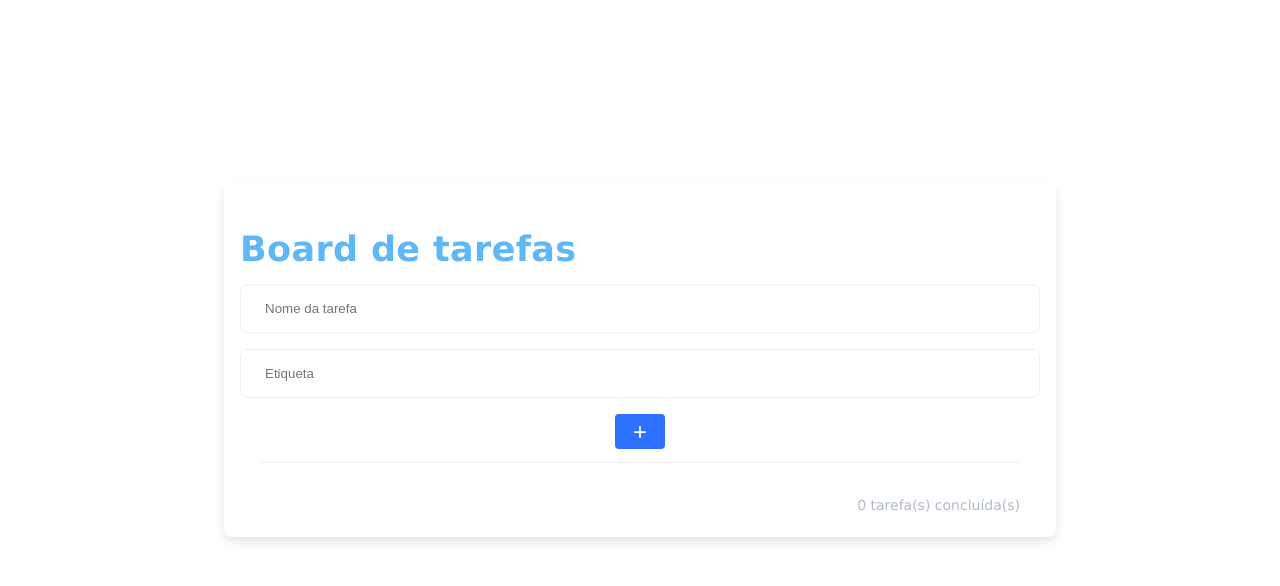
Repository: elasoares/RID187500_Desafio3
Page: index.html
These files come from the project's save history. The page is drawn as it stood at one moment and after the next save; the edit follows.
The browser window is 1280 px wide. The pictures show the whole page.

Above is the page before, as saved 2024-12-03 19:39:33.

### index.html
<!DOCTYPE html>
<html lang="pt">
<head>
    <meta charset="UTF-8">
    <meta name="viewport" content="width=device-width, initial-scale=1.0">
    <title>To-Do</title>
    <link rel="stylesheet" href="style.css">
<body>
    <main>
        <header>
            <h1>Board de tarefas</h1>
        </header>
        <section id="create-todo-section">
            <form id="create-todo-form">
                <input
                type="text"
                id="descricao"
                name="descricao"
                placeholder="Nome da tarefa"
                aria-label="Nome da tarefa"
                class="input-nome-tarefa"
            />
            <input
                type="text"
                id="etiqueta"
                name="etiqueta"
                placeholder="Etiqueta"
                aria-label="Etiqueta"
                class="input-etiqueta"
            />
            <div class="container-btn">
                <button type="submit" aria-label="Cadastrar tarefa" class="add-tarefa-btn">+</button>
            </div>
            </form>
        </section>
        <section class="todo-list-section">
            <ul id="todo-list">
            </ul>
        </section>
        <footer id="todo-footer">

        </footer>
    </main>
    <script src="js.js"></script>
</body>
</html>

### style.css
html {
    width: 100%;
    height: auto;

    box-sizing: border-box;
    font-size: 10px;
    font-family: 'Lucida Sans Regular', 'Lucida Grande', 'Lucida Sans Unicode';
}

body {
    width: 100%;
    height: 100vh;
    margin: 0;
    padding: 0;
    display: flex;
    justify-content: center;
    align-items: center;
}

header{
    width: 100%;
}

    h1 {
    font-family: 'Lucida Sans Regular', 'Lucida Grande', 'Lucida Sans Unicode';
    font-size: 32px;
    font-weight: 600;
    line-height: 37.92px;
    letter-spacing: 0.01em;
    text-align: left;
    text-underline-position: from-font;
    text-decoration-skip-ink: none;
    color: #000;
}

main {
    width: 100%;
    height: auto;
    max-width: 42rem;
    background-color: #fff;
    border-radius: 0.8rem;
    padding: 3rem 2.4rem;
    box-shadow: 0 0.5rem 1rem rgba(0, 0, 0, 0.1);
    display: flex;
    justify-content: flex-start;
    align-items: center;
    flex-direction: column;

}


.todo-list-section {
    display: flex;
    flex-direction: column;
    align-items: center;
    justify-content: center;
    width: 100%;
    height: auto;
    gap: 8px;
}

.todo-list-section ul {
    padding-inline-start: 0;
    height: 20rem;
    overflow: auto;
    width: 100%;
    display: flex;
    flex-direction: column;
    align-items: center;
    justify-content: center;
    height: auto;
    gap: 8px;
}

.todo-list-section ul li {
    width: 80%;
    height: 120px;
    padding: 24px 32px 24px 32px;
    margin-top: 5px;
    border-radius: 16px;
    border: 1px solid #EEEEEE;
    list-style: none;
    display: flex;
    flex-direction: column;
    align-items: flex-start;
    justify-content: center;
    gap: 16px;
}

.todo-list-section ul li:last-child {
    margin-bottom: 0;
}



.complete-task-btn {
    background: #2D70FD;
    width: 121px;
    height:44px;
    padding: 12px 24px 12px 24px;
    gap: 8px;
    border-radius: 4px;
    border: 1px solid #2D70FD;
    color: #fff;
    font-family: 'Lucida Sans Regular', 'Lucida Grande', 'Lucida Sans Unicode';
    font-size: 18px;
    font-weight: 500;
    text-align: center;
    align-self: center;
}




#create-todo-section {
    width: 100%;
    height: 150px;
    display: flex;
    flex-direction: column;
    align-items: flex-start;
    justify-content: center;
}

#create-todo-form {
    font-size: 1.6rem;
    display: flex;
    flex-direction: column;
    width: 100%;
    gap: 16px;
}
input{
    width: Fill (311px)px;
    height: Fixed (50px)px;
    padding: 16px 24px 16px 24px;
    gap: 10px;
    border-radius: 8px;
    border: 1px solid #EEEEEE

}

input:focus {
    border: 1px solid #5eb7f6;
}



.container-btn{
    display: flex;
    align-items: center;
    justify-content: center;
    width: 100%;
}

.add-tarefa-btn {
    width: 100%;
    height: 4rem;
    color: #fff;
    background-color: #2D70FD;
    border-radius: 4px;
    font-size: 2.4rem;
    cursor: pointer;
    border: none;
}

.add-tarefa-btn:hover {
    opacity: 0.8;
}


.task-details{
    display: flex;
    align-items: flex-start;
    justify-content: center;
    flex-direction: column;
    gap: 5px;
}

.task-text{
    font-family: 'Lucida Sans Regular', 'Lucida Grande', 'Lucida Sans Unicode';
    font-size: 1.5rem;
    font-weight: 500;
    line-height: 17.6px;
    letter-spacing: 0.01em;
    text-underline-position: from-font;
    text-decoration-skip-ink: none;

}

.todo-item.completed .task-text {
    text-decoration: line-through;
    color: #bbbbbb;
    font-family: 'Lucida Sans Regular', 'Lucida Grande', 'Lucida Sans Unicode';
    font-size: 1.5rem;
    font-weight: 500;
    line-height: 17.6px;
    letter-spacing: 0.01em;
    text-decoration-line: line-through;
    text-underline-position: from-font;
    text-decoration-skip-ink: none;

}

.todo-item.completed .task-completed-icon {
    font-size: 1.6rem;
    color: #fff;
    align-self: center;
    width: 32px;
    height: 32px;
    border-radius: 32px;
    background: #00D8A7;
    display: flex;
    align-items: center;
    justify-content: center;
}

.task-label {
    width: 67px;
    height: 21px;
    border-radius: 16px;
    border: 1px 0px 0px 0px;
    background: #FFFFFF;
    font-size: 1.2rem;
    border: 1px solid #b2bec3;
    display: flex;
    align-items: center;
    justify-content: center;
    color: #b2bec3;
}

.task-date {
    font-size: 1.2rem;
    color: #b2bec3;
    margin-top: 0.4rem;
}


#todo-footer {
    width: 95%;
    display: flex;
    justify-content: flex-end;
    font-size: 1.6rem;
    align-items: flex-end;
    height: 50px;
    font-size: 1.4rem;
    color: #B1BACB;
    border-top:1px solid #EEEEEE;
    margin-top: 10ox;
}

@media (min-width: 768px) {
    main {
        max-width: 50rem;
        padding: 2.4rem 1.6rem;
    }

    h1 {
        color: #da5c3e;
    }

    .todo-list-section ul li {
        font-size: 1.5rem;
    }

    .add-tarefa-btn {
        width: 5rem;
        height: 3.5rem;
    }

    #nome-tarefa {
        font-size: 1.5rem;
    }
    .remove-done-task-btn {
        font-size: 1.5rem;
        padding: 0 1rem;
    }
}

@media (min-width: 980px) {
    main {
        max-width: 80rem;
        padding: 2.4rem 1.6rem;
    }
    h1 {
        font-size: 3.5rem;
        color: #5eb7f6;
    }

    .remove-done-task-btn {
        font-size: 1.8rem;
        padding: 0 1rem;
    }
}

### js.js
const createTaskListItem = (tarefa) => {
    const lista = document.getElementById("todo-list");

    const toDo = document.createElement('li');
    toDo.className = `todo-item ${tarefa.checado ? 'completed' : ''}`;
    toDo.id = tarefa.id;

    // Criar o conteúdo da tarefa
    const taskDetails = document.createElement('span');
    taskDetails.className = 'task-details';
    taskDetails.innerHTML = `
        <span class="task-text ${tarefa.checado ? 'completed-text' : ''}">${tarefa.descricao}</span>
        <span class="task-label">${tarefa.etiqueta}</span>
        <span class="task-date">Criado em: ${tarefa.data}</span>

    `;


    if (!tarefa.checado) {
        const completeButton = document.createElement('button');
        completeButton.textContent = 'Concluir';
        completeButton.className = 'complete-task-btn';
        completeButton.onclick = () => markTaskAsCompleted(tarefa.id);

        toDo.appendChild(taskDetails);
        toDo.appendChild(completeButton);
    } else {
        const completedIcon = document.createElement('span');
        completedIcon.textContent = '✔';
        completedIcon.className = 'task-completed-icon';

        toDo.appendChild(taskDetails);
        toDo.appendChild(completedIcon);
    }

    lista.appendChild(toDo);
};

const markTaskAsCompleted = (taskId) => {
    const tarefas = getTasksFromLocalStorage();
    const updatedTasks = tarefas.map((task) => {
        if (task.id === taskId) {
            task.checado = true;
        }
        return task;
    });

    setTaskInLocalStorage(updatedTasks);


    const taskElement = document.getElementById(taskId);
    if (taskElement) {
        taskElement.remove();
    }
    const tarefa = updatedTasks.find((task) => task.id === taskId);
    createTaskListItem(tarefa);

    renderTaskProgressData(updatedTasks);
};

const getTasksFromLocalStorage = () => {
    const localTasks = JSON.parse(window.localStorage.getItem('tasks'));
    return localTasks ? localTasks : [];
};

const setTaskInLocalStorage = (tarefas) => {
    window.localStorage.setItem('tasks', JSON.stringify(tarefas));
};

const renderTaskProgressData = (tasks) => {
    const tasksProgress = document.getElementById('tasks-progress') || document.createElement('span');
    tasksProgress.id = 'tasks-progress';

    const doneTasks = tasks.filter(({ checado }) => checado).length;
    const totalTasks = tasks.length;

    tasksProgress.textContent = `${doneTasks} tarefa(s) concluída(s)`;
    document.getElementById('todo-footer').appendChild(tasksProgress);
};

const createTask = (event) => {
    event.preventDefault();

    const descricao = event.target.elements.descricao.value;
    const etiqueta = event.target.elements.etiqueta.value;
    const id = new Date().getTime();
    const data = new Date().toLocaleDateString();
    const checado = false;

    const newTask = { id, descricao, etiqueta, data, checado };

    const tarefas = getTasksFromLocalStorage();
    const updatedTasks = [...tarefas, newTask];
    setTaskInLocalStorage(updatedTasks);

    createTaskListItem(newTask);
    event.target.reset(); // Limpar o formulário
    renderTaskProgressData(updatedTasks);
};

window.onload = () => {
    const form = document.getElementById('create-todo-form');
    form.addEventListener('submit', createTask);

    const tarefas = getTasksFromLocalStorage();
    tarefas.forEach((tarefa) => createTaskListItem(tarefa));
    renderTaskProgressData(tarefas);
};

After the next save:
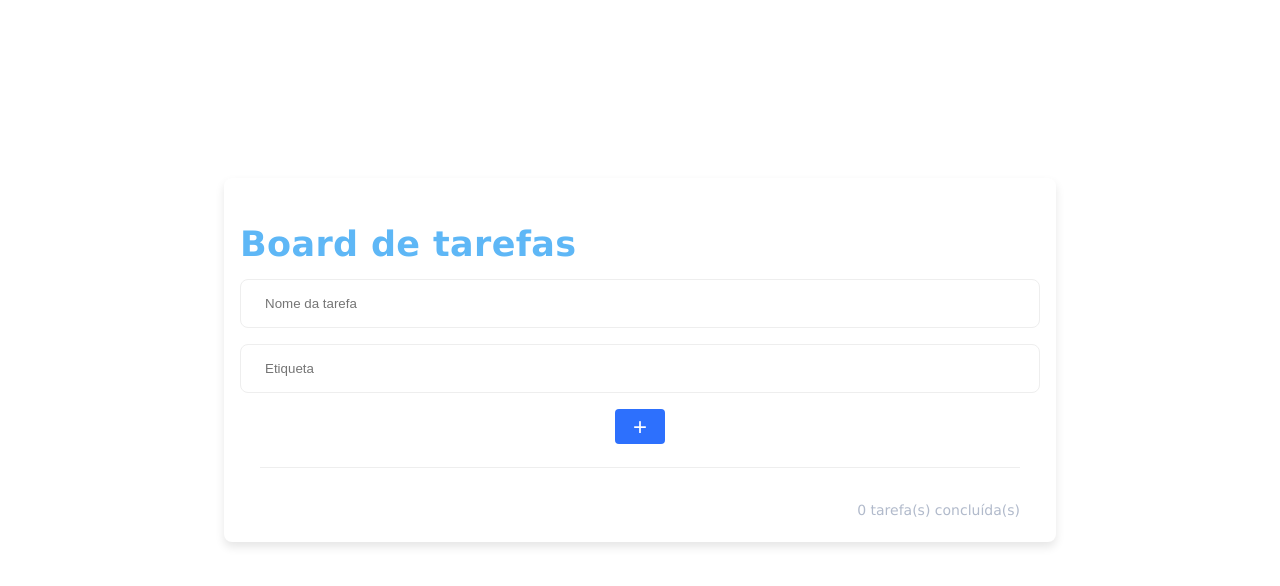
Saved 4 s later.
--- a/style.css
+++ b/style.css
@@ -244,7 +244,7 @@ input:focus {
     font-size: 1.4rem;
     color: #B1BACB;
     border-top:1px solid #EEEEEE;
-    margin-top: 10ox;
+    margin-top: 10px;
 }
 
 @media (min-width: 768px) {
